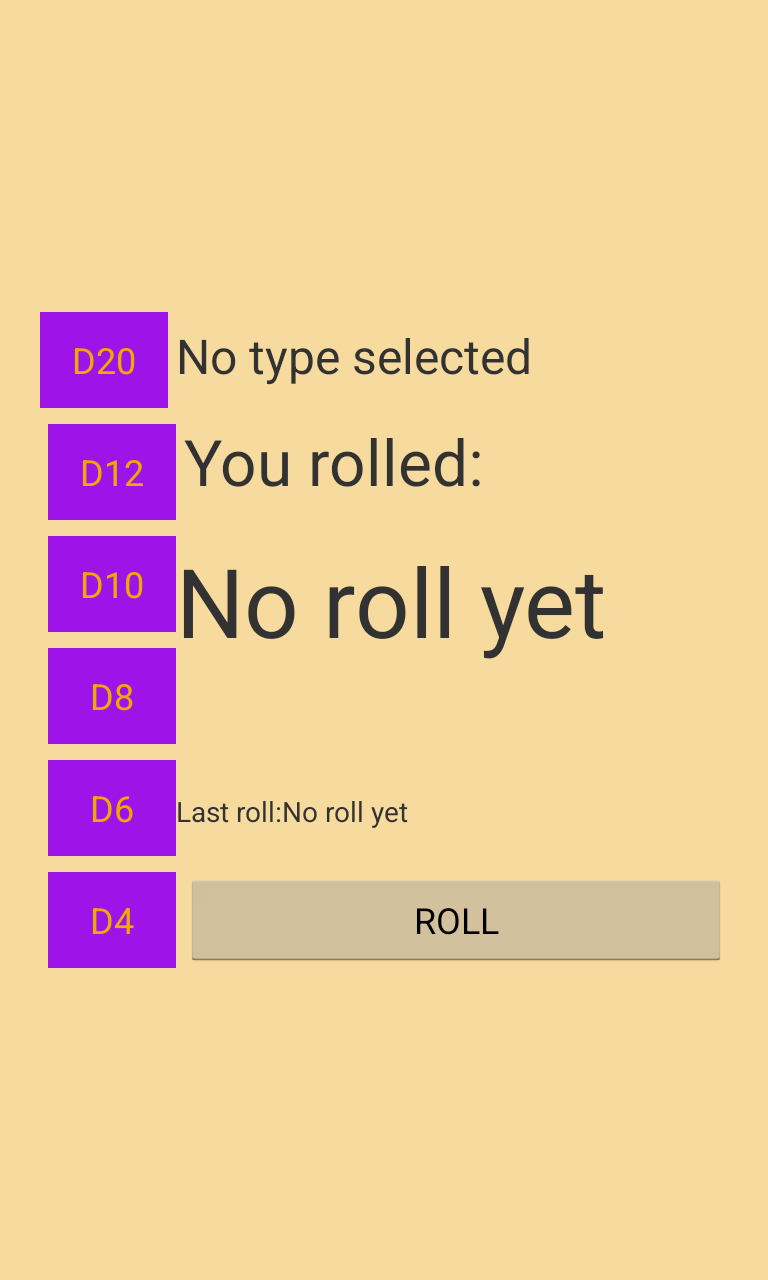
Repository: Bjodol/Roller
Layout: Roller3/res/layout/activity_main.xml
The author's editor kept a copy of each file at every save. The layout is drawn from the files as they stood at one save, then again after the next save.
It is drawn on a 768 x 1280 px phone screen (xhdpi) without system bars, with theme AppTheme; the app's code is not run. The app's manifest (not shown) leaves right-to-left support off. So textAlignment, textDirection and layoutDirection are ignored, and left and right values win over start and end ones.

Above is the layout before, as saved 2013-08-31 08:43:06.

After the next save:
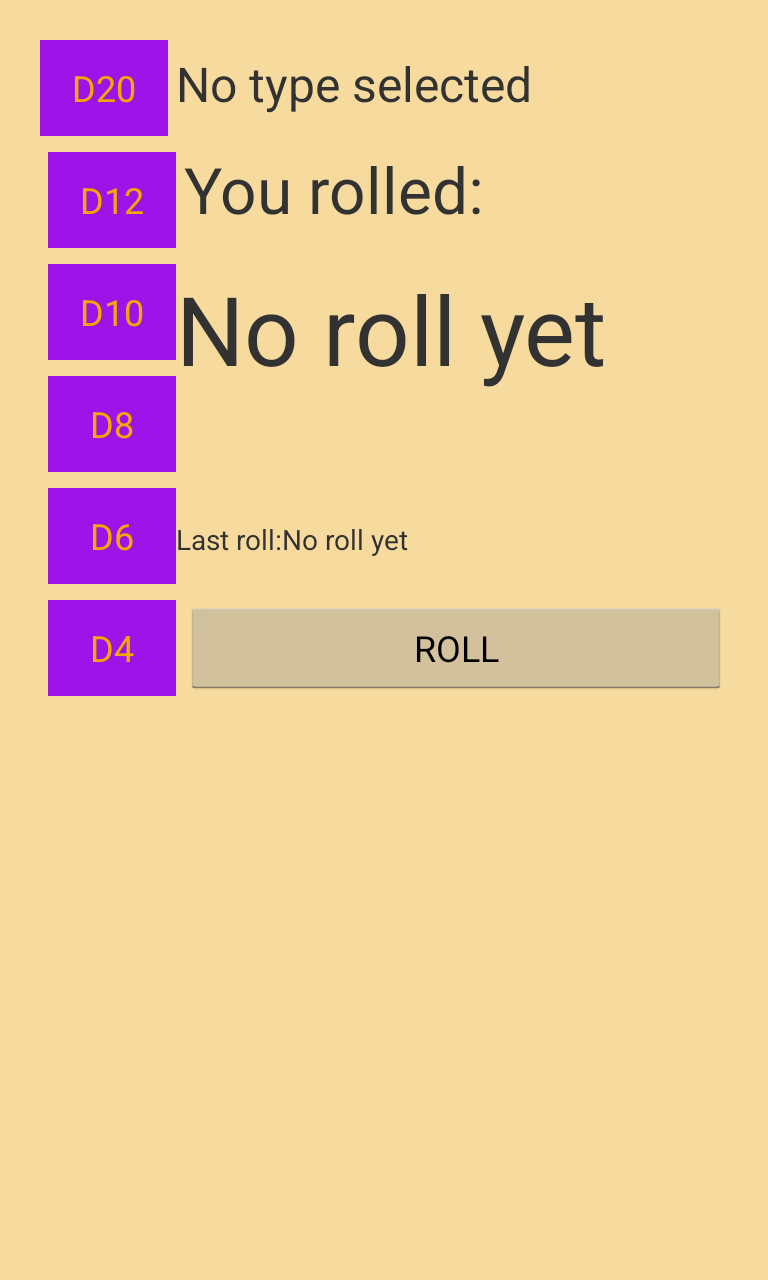
Saved 22 s later.
--- a/Roller3/res/layout/activity_main.xml
+++ b/Roller3/res/layout/activity_main.xml
@@ -3,7 +3,7 @@
     android:layout_width="fill_parent"
     android:layout_height="fill_parent"
     android:background="@color/Beige"
-    android:gravity="center"
+    android:gravity="top"
     android:paddingBottom="@dimen/activity_vertical_margin"
     android:paddingLeft="@dimen/activity_horizontal_margin"
     android:paddingRight="@dimen/activity_horizontal_margin"
